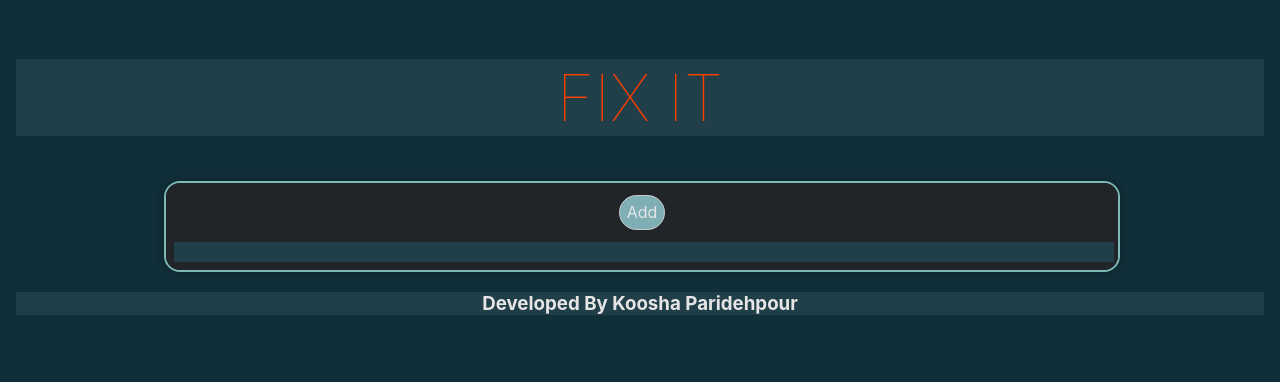
Repository: KooshaPari/fixit-go
Page: / (app in frontend/)
These files come from the project's save history. The page is drawn as it stood at one moment and after the next save; the edit follows.
The browser window is 1280 px wide. The pictures show the whole page.
The page's requests for data from a server got no answer. The project was rebuilt for these pictures with package versions that can differ from the ones it lists, and the page was loaded fresh each time. No one was signed in, and anything a server would have sent is missing.

Above is the page before, as saved 2024-09-24 23:29:54.

After the next save:
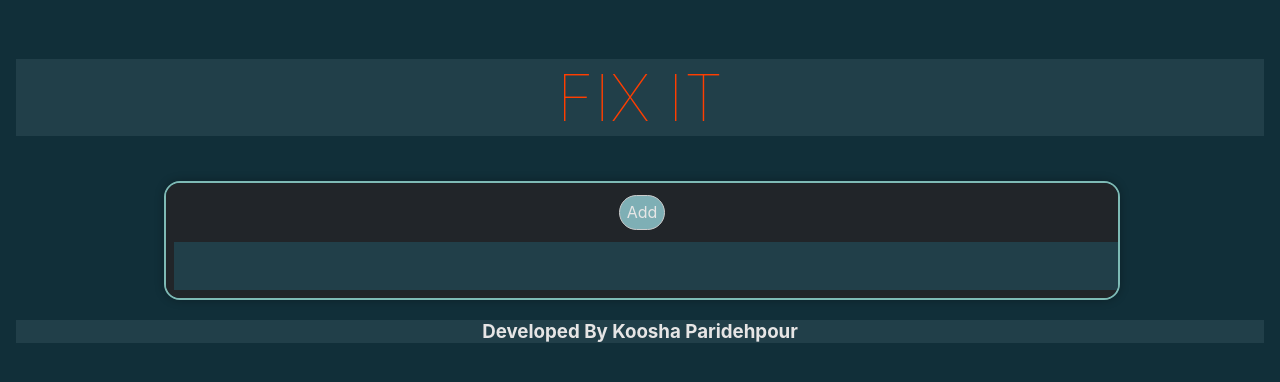
Saved 40 s later.
--- a/frontend/src/App.svelte
+++ b/frontend/src/App.svelte
@@ -157,7 +157,7 @@
 			</div>
 			<div
 				id="todoList"
-				style="background-color:#213f49; width: 100%; height: 100%; padding: 0.125em;"
+				style="background-color:#213f49; width: 100%; height: 100%; padding: 1em;"
 			>
 				<ul id="todos">
 					{#each todos as todo, index}
